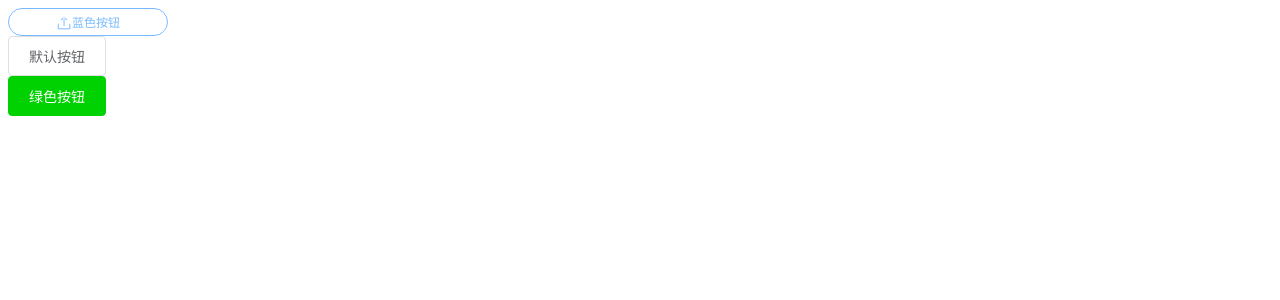
Repository: Cherry-pan/component-packing
Page: /
An editor plug-in stored every save of this project. The page is shown before and after the next save, followed by the edit.
The browser window is 1280 px wide. The pictures show the whole page.
The project was rebuilt for these pictures with package versions that can differ from the ones it lists, and the page was loaded fresh each time. Also part of the build but not shown: vue.config.js.

Above is the page before, as saved 2022-04-30 15:27:31.

### index.html
<!DOCTYPE html>
<html>
  <head>
    <meta charset="utf-8">
    <meta name="viewport" content="width=device-width,initial-scale=1.0">
    <title>component-packing</title>
  </head>
  <body>
    <div id="app"></div>
    <!-- built files will be auto injected -->
  </body>
</html>

### src/main.js
// The Vue build version to load with the `import` command
// (runtime-only or standalone) has been set in webpack.base.conf with an alias.
import Vue from 'vue'
import App from './App'
import router from './router'

Vue.config.productionTip = false
// 引入icon css样式
import "./styles/icon/iconfont.css"
/* eslint-disable no-new */
new Vue({
  el: '#app',
  router,
  components: { App },
  template: '<App/>'
})

### src/styles/icon/iconfont.css
@font-face {
  font-family: "iconfont"; /* Project id 3369880 */
  src:url('iconfont.ttf?t=1651303504252') format('truetype');
}

.iconfont {
  font-family: "iconfont" !important;
  font-size: 16px;
  font-style: normal;
  -webkit-font-smoothing: antialiased;
  -moz-osx-font-smoothing: grayscale;
}

.icon-shezhi:before {
  content: "\e64b";
}

.icon-shangchuan:before {
  content: "\e600";
}

### src/components/Home.vue
<template>
  <div>
    <AButton
      type="primary"
      border
      round
      disabled
      size="mini"
      minWidth="160px"
      prefix="shangchuan"
    >
      蓝色按钮
    </AButton>
    <AButton>
      默认按钮
    </AButton>
    <AButton type="success" suffix="icon-shezhi">
      绿色按钮
    </AButton>
  </div>
</template>

<script>
export default {
  name: "Home",
  components: {
    AButton: () => import("@/components/button/Button.vue")
  },

  data() {
    return {};
  }
};
</script>

<!-- Add "scoped" attribute to limit CSS to this component only -->
<style scoped></style>

### src/components/button/Button.vue
<template>
  <div>
    <button
      :class="[theme, isBorder, isRound, specifications]"
      :disabled="disabled"
      class="a-button"
      :style="[minWidthCss]"
    >
      <span>
        <i v-if="iconPrefix" class="iconfont icon-prefix icon-shangchuan" :class="iconPrefix"></i>
        <slot></slot>
        <i v-if="iconSuffix" class="iconfont icon-suffix" :class="iconSuffix"></i>
      </span>
    </button>
  </div>
</template>

<script>
export default {
  name: "Button",
  props: {
    //   类型
    type: {
      type: String,
      default: ""
    },
    // 边框
    border: Boolean, //默认是false
    // 圆角
    round: Boolean,
    // 是否禁用
    disabled: Boolean,
    size: {
      type: String,
      default: ""
    },
    minWidth: {
      type: String,
      default: ""
    },
    prefix: {
      type: String,
      default: ""
    },
    suffix:{
        type:String,
        default:""
    }
  },
  computed: {
    // 监听变化
    theme() {
      console.log(this.type);
      // 如果有值，返回
      return this.type ? `a-button-${this.type}` : "";
    },
    isBorder() {
      return this.border ? "is-border" : "";
    },
    isRound() {
      return this.round ? "is-round" : "";
    },
    specifications() {
      return this.size ? `a-button-${this.size}` : "";
    },
    minWidthCss() {
      // 如果没有值，返回空，有值拼接css样式
      if (!this.minWidth) {
        return "";
      }
      return { "min-width": this.minWidth };
    },
    iconPrefix() {
      return this.prefix ? `icon-${this.prefix}` : "";
    },
    iconSuffix(){
      console.log(this.suffix);

        return this.suffix ? `icon-${this.suffix}`:""
    }
  },
  data() {
    return {};
  },

  mounted() {},

  methods: {}
};
</script>

<style lang="scss" scoped>
.a-button {
  padding: 0 20px 0 20px;
  border-width: 1px;
  border-color: #dcdfe6;
  border-style: solid;
  border-radius: 4px;
  background-color: white;
  font-size: 14px;
  color: #606266;
  height: 40px;
  line-height: 40px;
  > span {
    display: flex;
    align-items: center;
    justify-content: center;
  }
}
// 禁用 透明度
.a-button[disabled] {
  opacity: 0.7;
  // 鼠标变成禁用
  cursor: not-allowed;
}
.a-button-primary {
  border-color: #409eff;
  background-color: #409eff;
  color: white;
  &.is-border {
    background-color: transparent;
    color: #409eff;
  }
}
.a-button-success {
  border-color: #00d100;
  background-color: #00d100;
  color: white;
  &.is-border {
    background-color: transparent;
    color: #00d100;
  }
}
.a-button-warning {
  border-color: #e6a23c;
  background-color: #e6a23c;
  color: white;
  &.is-border {
    background-color: transparent;
    color: #e6a23c;
  }
}
.a-button-danger {
  border-color: #f56c6c;
  background-color: #f56c6c;
  color: white;
  &.is-border {
    background-color: transparent;
    color: #f56c6c;
  }
}
// 圆角
.is-round {
  border-radius: 100px;
}
// 尺寸
.a-button-medium {
  height: 36px;
  line-height: 36px;
}
.a-button-small {
  height: 32px;
  line-height: 32px;
  font-size: 12px;
  padding: 0 15px 0 15px;
}
.a-button-mini {
  height: 28px;
  line-height: 28px;
  font-size: 12px;
  padding: 0 15px 0 15px;
}
</style>

Loaded but not shown: src/App.vue (common file); src/router/index.js (common file)

After the next save:
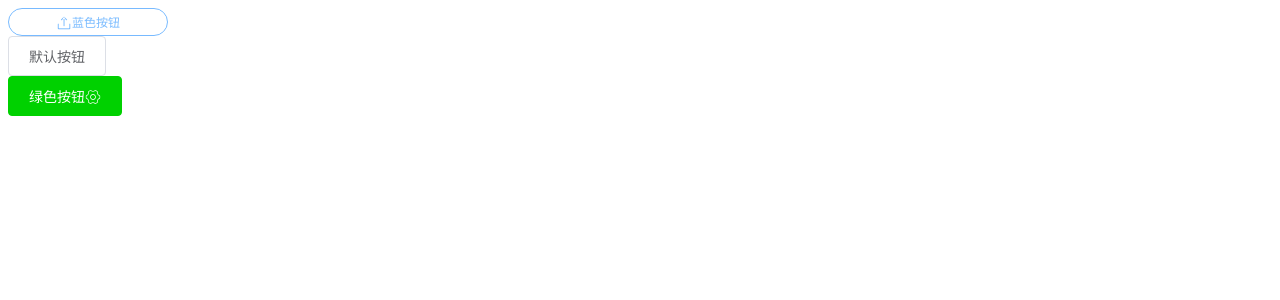
Saved 26 s later.
--- a/src/components/Home.vue
+++ b/src/components/Home.vue
@@ -14,7 +14,7 @@
     <AButton>
       默认按钮
     </AButton>
-    <AButton type="success" suffix="icon-shezhi">
+    <AButton type="success" suffix="shezhi">
       绿色按钮
     </AButton>
   </div>
